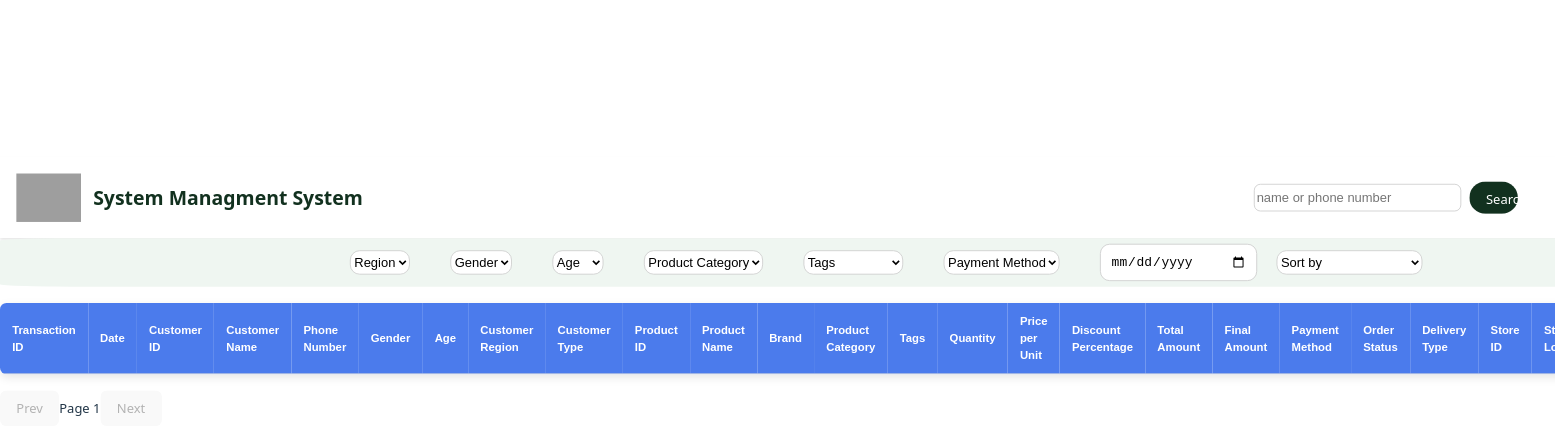
Repository: SandeepYadav18717/TruEstae
Page: / (app in TruEstae/)
These files come from the project's save history. The page is drawn as it stood at one moment and after a run of saves; the edit follows.
The browser window is 1280 px wide. The page is 2229 px wide, then 1280 px, then 2229 px, so the pictures cover 1920 px, including what lies to the right of the window. The pictures show the whole page, at 81% of full size.
Pictures or frames that could not be fetched are drawn as grey boxes. The page's requests for data from a server got no answer. The project was rebuilt for these pictures with package versions that can differ from the ones it lists, and the page was loaded fresh each time. No one was signed in, and anything a server would have sent is missing. Also part of the build but not shown: TruEstae/vite.config.js, TruEstae/src/App.css.

Above is the page before, as saved 2025-12-09 08:28:13.

### TruEstae/index.html
<!doctype html>
<html lang="en">
  <head>
    <meta charset="UTF-8" />
    <link rel="icon" type="image/svg+xml" href="/vite.svg" />
    <meta name="viewport" content="width=device-width, initial-scale=1.0" />
    <title>javascript</title>
  </head>
  <body>
    <div id="root"></div>
    <script type="module" src="/src/main.jsx"></script>
  </body>
</html>

### TruEstae/src/App.jsx
import './App.css'

import Home from './Pages/Home.jsx'

function App() {
  return (
    <>


     <Home />
    </>
  )
}

export default App

### TruEstae/src/Pages/Home.jsx
import { useState, useEffect } from "react";
import Logo from "./Logo.jsx";
import SearchBar from "../components/search_bar.jsx";
import "../Styles/Home.css";
import Table from "./Table.jsx";

function Home() {
  const [filters, setFilters] = useState({
    region: "",
    gender: "",
    age: "",
    category: "",
    tags: "",
    payment: "",
    date: "",
    sortBy: "",
    page: 1,
    limit: 10,
  });

  const [data, setData] = useState([]);
  const [loading, setLoading] = useState(false);

  // ⭐⭐⭐ SEARCH FUNCTION (with loading FIXED) ⭐⭐⭐
  const handleSearch = async (query) => {
    setLoading(true); // loader start
    console.log("SEARCH QUERY:", query);

    try {
      const res = await fetch("http://localhost:8000/search-name-phone", {
        method: "POST",
        headers: { "Content-Type": "application/json" },
        body: JSON.stringify({ query }),
      });

      const result = await res.json();
      console.log("SEARCH RESULT:", result);

      setData(result); // update table with search result
    } catch (err) {
      console.error("Search Error:", err);
    }

    setLoading(false); // loader stop
  };

  // FILTER HANDLER (pagination reset)
  function Page(e) {
    const { id, value } = e.target;
    setFilters((prev) => ({ ...prev, [id]: value, page: 1 }));
  }

  // ⭐⭐⭐ FETCH FILTERED DATA ⭐⭐⭐
  useEffect(() => {
    async function fetchData() {
      setLoading(true);

      try {
        const res = await fetch("http://localhost:8000/get-data", {
          method: "POST",
          headers: { "Content-Type": "application/json" },
          body: JSON.stringify(filters),
        });

        const result = await res.json();
        setData(result);
      } catch (err) {
        console.error("Fetch Error:", err);
      }

      setLoading(false);
    }

    fetchData();
  }, [filters]);

  return (
    <>
      <div className="topBar">
        <Logo />

        {/* ⭐⭐⭐ Search bar now fully working ⭐⭐⭐ */}
        <SearchBar onSearch={handleSearch} />
      </div>

      <div className="Container_Ui">
        <div id="Customer_Region">
          <select id="region" onChange={Page}>
            <option hidden>Region</option>
            <option>Central</option>
            <option>North</option>
            <option>South</option>
            <option>East</option>
            <option>West</option>
          </select>
        </div>

        <div id="Gender">
          <select id="gender" onChange={Page}>
            <option hidden>Gender</option>
            <option>Male</option>
            <option>Female</option>
          </select>
        </div>

        <div id="Age">
          <select id="age" onChange={Page}>
            <option hidden>Age</option>
            <option>18-25</option>
            <option>26-35</option>
            <option>36-50</option>
            <option>50+</option>
          </select>
        </div>

        <div id="Product_Category">
          <select id="category" onChange={Page}>
            <option hidden>Product Category</option>
            <option>Beauty</option>
            <option>Electronic</option>
            <option>Clothing</option>
          </select>
        </div>

        <div id="Tags">
          <select id="tags" onChange={Page}>
            <option hidden>Tags</option>

            <option>skincare</option>
            <option>beauty</option>
            <option>fashion</option>
            <option>organic</option>
            <option>fragrance-free</option>
            <option>portable</option>
            <option>smart</option>
            <option>gadgets</option>
            <option>makeup</option>
            <option>accessories</option>
            <option>cotton</option>
            <option>unisex</option>
            <option>formal</option>
          </select>
        </div>

        <div id="Payment_Method">
          <select id="payment" onChange={Page}>
            <option hidden>Payment Method</option>
            <option>Wallet</option>
            <option>Cash</option>
            <option>Card</option>
            <option>UPI</option>
            <option>Net Banking</option>
          </select>
        </div>

        <div id="Date">
          <input id="date" type="date" onChange={Page} />
        </div>

        <div id="SortBy">
          <select id="sortBy" onChange={Page}>
            <option hidden>Sort by</option>
            <option value="name-asc">Customer Name (A-Z)</option>
            <option value="name-desc">Customer Name (Z-A)</option>
            <option value="newest">Newest First</option>
            <option value="oldest">Oldest First</option>
          </select>
        </div>
      </div>

      {/* ⭐⭐⭐ LOADER ⭐⭐⭐ */}
      {loading && <h2>Loading...</h2>}

      {/* ⭐⭐⭐ SHOW TABLE WHEN NOT LOADING ⭐⭐⭐ */}
      {!loading && <Table data={data} />}

      {/* PAGINATION */}
      <div>
        <button
          disabled={filters.page === 1}
          onClick={() =>
            setFilters((prev) => ({ ...prev, page: prev.page - 1 }))
          }
        >
          Prev
        </button>

        <span>Page {filters.page}</span>

        <button
          disabled={data.length < filters.limit}
          onClick={() =>
            setFilters((prev) => ({ ...prev, page: prev.page + 1 }))
          }
        >
          Next
        </button>
      </div>
    </>
  );
}

export default Home;

### TruEstae/src/Pages/Logo.jsx
import '../Styles/Logo.css';
function Logo() {
  return (
    <>
      <div className="App">
        <div id="container_home">
         <img src="https://truestate.in/assets/shared/images/trustate-logo-text.svg" />
          <h1>System Managment System</h1>
      </div>
    </div>
    </>
  );
}

export default Logo;

### TruEstae/src/components/search_bar.jsx
import { useState } from 'react';
import '../Styles/search_bar.css';

function InputBar({ onSearch }) {
  const [query, setQuery] = useState("");

  return (
    <div className="search_bar">
      <input
        type="text"
        placeholder="name or phone number"
        value={query}
        onChange={(e) => setQuery(e.target.value)}
      />
      <button type="submit" onClick={() => onSearch(query)}>
        Search
      </button>
    </div>
  );
}

export default InputBar;

### TruEstae/src/Styles/Home.css
.Container_Ui {
  display: flex;
  gap:50px;
  flex-direction: row;
  align-items: center;
  justify-content: center;
  height: 100vh;
  background-color: #eff6f1;
  height:60px;
  width: 100%;
  border-radius: 5%;
}


select {
  width: 100%;
  height: 30px;
  border-radius: 12px;
  border: 1px solid #ccc;
  background: #fff;
  font-size: 16px;
  outline: none;
  cursor: pointer;
  transition: 0.2s;
}


select:hover {
  border-color: #063906;
  box-shadow: 0 4px 8px rgba(149, 190, 136, 0.899);
}


input[type="date"] {
  width: 100%;
  padding: 12px;
  border-radius: 12px;
  border: 1px solid #ccc;
  background: #fff;
  font-size: 16px;
  outline: none;
  transition: 0.2s;
}


input[type="date"]:hover {
  border-color: #4a6cf7;
  box-shadow: 0 0 8px rgba(74, 108, 247, 0.2);
}

.topBar {
  display: flex;
  align-items: center;
  justify-content: space-between;
  padding: 10px 20px;
  width: 100%;
gap: 35%;
  box-shadow: 0 2px 4px rgba(0, 0, 0, 0.1);
}

### TruEstae/src/Pages/Table.jsx
import "../Styles/Table.css";

function Table({ data }) {
  return (
    <div className="table">
      <table>
        <thead>
          <tr>
            <th>Transaction ID</th>
            <th>Date</th>
            <th>Customer ID</th>
            <th>Customer Name</th>
            <th>Phone Number</th>
            <th>Gender</th>
            <th>Age</th>
            <th>Customer Region</th>
            <th>Customer Type</th>
            <th>Product ID</th>
            <th>Product Name</th>
            <th>Brand</th>
            <th>Product Category</th>
            <th>Tags</th>
            <th>Quantity</th>
            <th>Price per Unit</th>
            <th>Discount Percentage</th>
            <th>Total Amount</th>
            <th>Final Amount</th>
            <th>Payment Method</th>
            <th>Order Status</th>
            <th>Delivery Type</th>
            <th>Store ID</th>
            <th>Store Location</th>
            <th>Salesperson ID</th>
            <th>Employee Name</th>
          </tr>
        </thead>

        <tbody>
          {data.map((row, index) => (
            <tr key={index}>
              <td>{row["Transaction ID"]}</td>
              <td>{row["Date"]}</td>
              <td>{row["Customer ID"]}</td>
              <td>{row["Customer Name"]}</td>
              <td>{row["Phone Number"]}</td>
              <td>{row["Gender"]}</td>
              <td>{row["Age"]}</td>
              <td>{row["Customer Region"]}</td>
              <td>{row["Customer Type"]}</td>
              <td>{row["Product ID"]}</td>
              <td>{row["Product Name"]}</td>
              <td>{row["Brand"]}</td>
              <td>{row["Product Category"]}</td>
              <td>{row["Tags"]}</td>
              <td>{row["Quantity"]}</td>
              <td>{row["Price per Unit"]}</td>
              <td>{row["Discount Percentage"]}</td>
              <td>{row["Total Amount"]}</td>
              <td>{row["Final Amount"]}</td>
              <td>{row["Payment Method"]}</td>
              <td>{row["Order Status"]}</td>
              <td>{row["Delivery Type"]}</td>
              <td>{row["Store ID"]}</td>
              <td>{row["Store Location"]}</td>
              <td>{row["Salesperson ID"]}</td>
              <td>{row["Employee Name"]}</td>
            </tr>
          ))}
        </tbody>
      </table>
    </div>
  );
}

export default Table;

### TruEstae/src/Styles/Logo.css
#container_home {
  display: flex;
}
#container_home img {
  height: 60px;
  margin-right: 15px;
}
#container_home h1 {
  font-size: 24px;
  color: #12311f;
  align-self: center;
}

### TruEstae/src/Styles/search_bar.css
.search_bar {
    display: flex;
    align-items: center;
    gap: 10px;
    border-radius: 12px;
    max-width: 450px;
    margin: 20px auto;
    transition: transform 0.25s ease, box-shadow 0.25s ease;
}

.search_bar:hover {
    transform: translateY(-10px) scale(1.03);

}

.search_bar input {
    height: 30px;
    width: 250px;
    border: 1px solid #ccc;
    border-radius: 8px;
    font-size: 16px;


}

.search_bar input:hover {
    border-color: #12311f;
    box-shadow: 0 15px 12px #b4d8c3;
}

.search_bar button {
    height: 40px;
    width: 60px;
    border-radius: 25px;
    background: #12311f;
    color: white;
    font-size: 16px;
    cursor: pointer;
    transition: 0.2s;
}

.search_bar button:hover {
    background: #12311f;
    box-shadow: 0 15px 12px #b4d8c3;

}

### TruEstae/src/Styles/Table.css
.table {
  width: 100%;
  margin: 20px auto;
  overflow-x: auto;
  border-radius: 8px;
  box-shadow: 0 4px 12px rgba(0,0,0,0.1);
  background: #fff;
}


.table table {
  width: 100%;
  border-collapse: collapse;
  font-family: Arial, sans-serif;
  font-size: 14px;
}


.table thead {
  background: #4b7bec;
  color: white;
}

.table th, .table td {
  padding: 12px 15px;
  text-align: left;
  border-bottom: 1px solid #ddd;
}
.table td:hover {
    background-color: #f1f1f1;
}

Loaded but not shown: TruEstae/src/main.jsx (common file); TruEstae/src/index.css (common file)

After the next 2 saves:
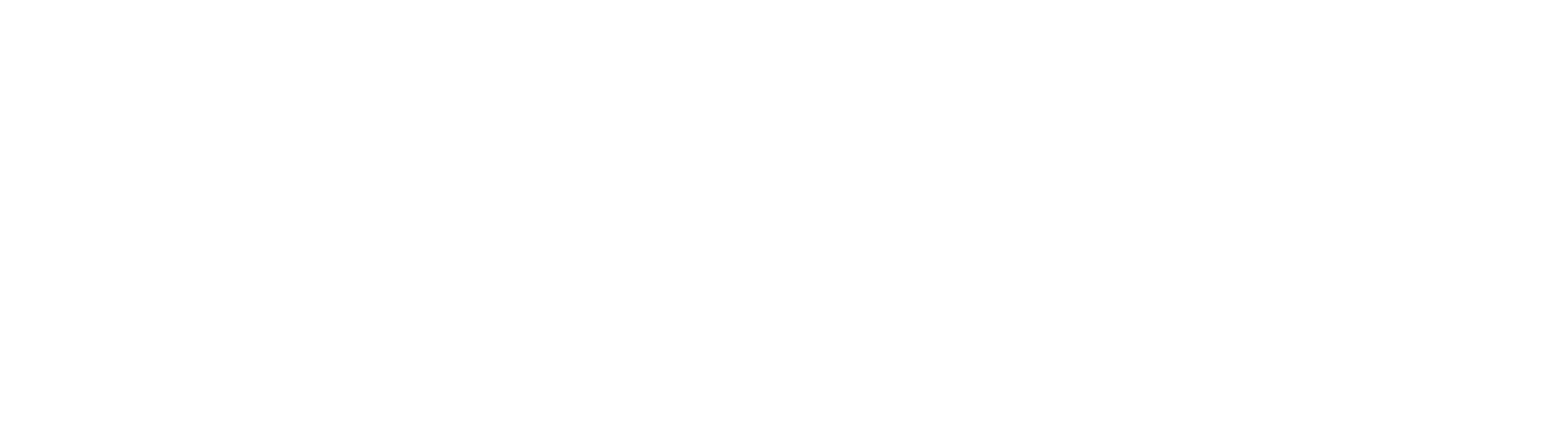
Console error: ReferenceError: SearchBar is not defined
The 2 saves are shown as one change because they came seconds apart.
The last was saved 2 min 42 s later.
--- a/TruEstae/src/Pages/Home.jsx
+++ b/TruEstae/src/Pages/Home.jsx
@@ -1,6 +1,6 @@
 import { useState, useEffect } from "react";
 import Logo from "./Logo.jsx";
-import SearchBar from "../components/search_bar.jsx";
+import InputBar from "../components/search_bar.jsx";
 import "../Styles/Home.css";
 import Table from "./Table.jsx";
 

After the 2 saves that followed:
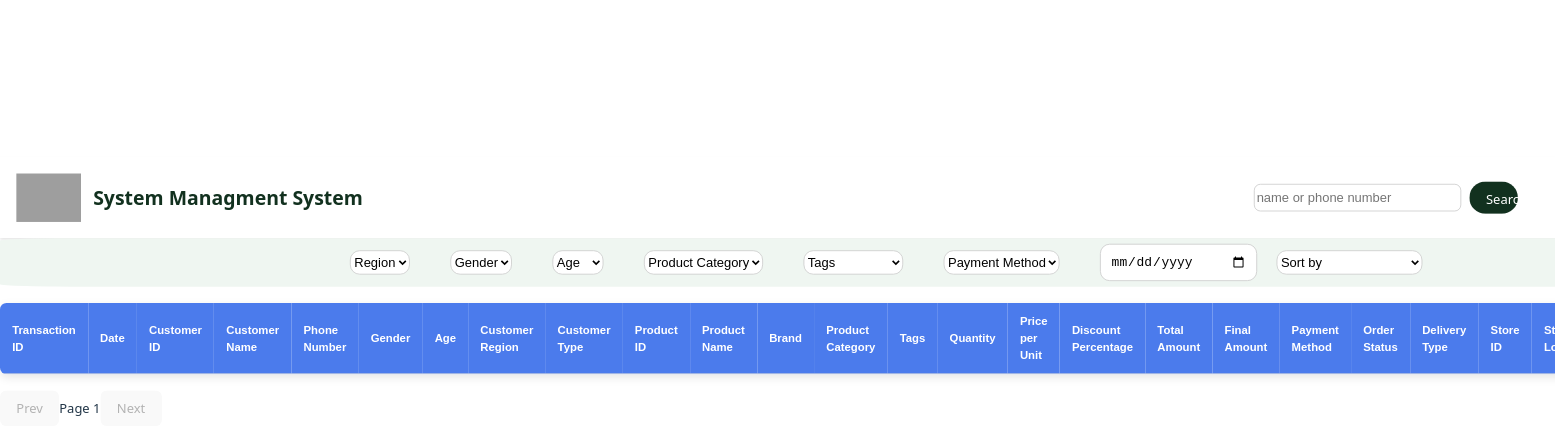
The error is gone.
The 2 saves are shown as one change because they came seconds apart.
The last was saved 14 s later.
--- a/TruEstae/src/Pages/Home.jsx
+++ b/TruEstae/src/Pages/Home.jsx
@@ -80,7 +80,7 @@
         <Logo />
 
         {/* ⭐⭐⭐ Search bar now fully working ⭐⭐⭐ */}
-        <SearchBar onSearch={handleSearch} />
+        <InputBar onSearch={handleSearch} />
       </div>
 
       <div className="Container_Ui">
